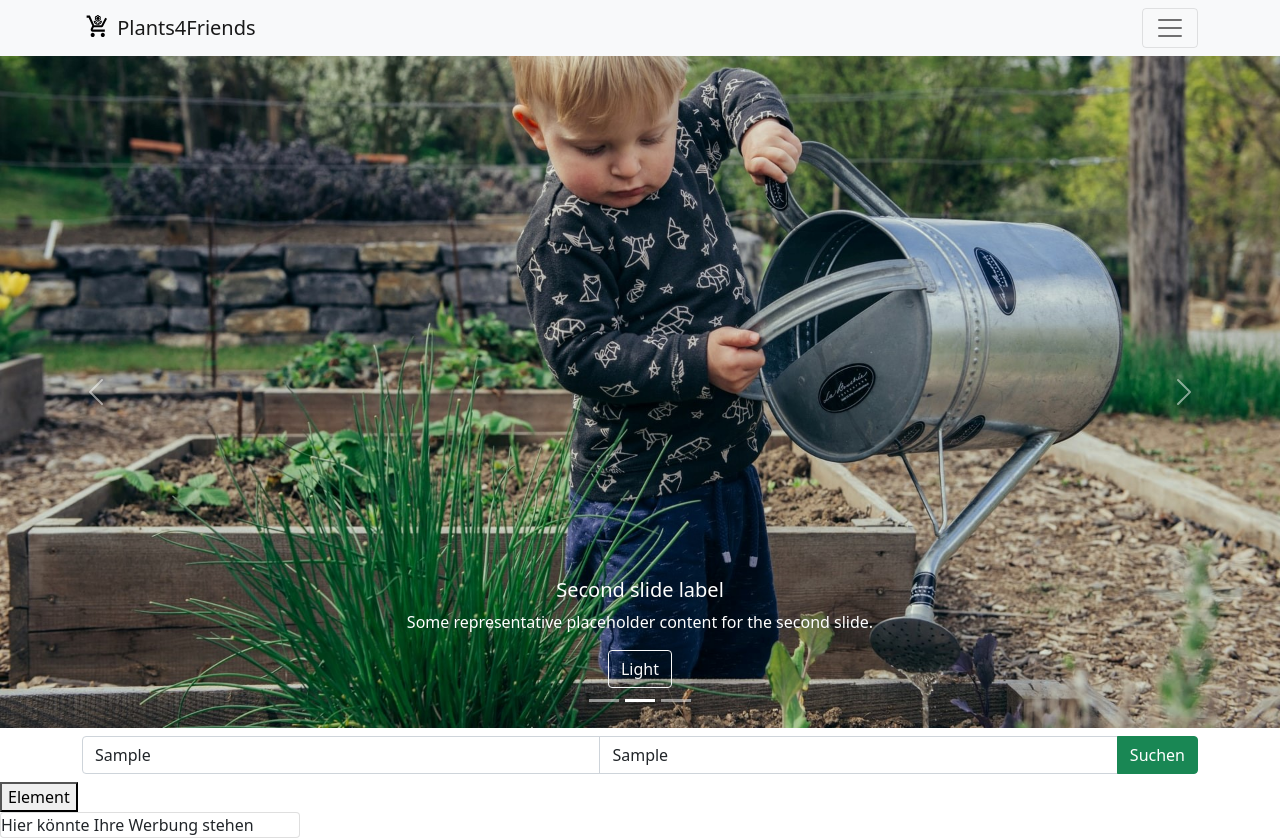
Repository: Carlson43/PlantsForFriends
Page: Website/index.html
An editor plug-in stored every save of this project. The page is shown before and after the next save, followed by the edit.
The browser window is 1280 px wide. The pictures show the whole page.
Empty fields were first filled with sample values (such as "Sample", 5 or name@example.com).
After loading, the first visible `button[onclick="addElement();"]` was clicked once.

Above is the page before, as saved 2022-01-03 21:51:13.

### Website/index.html
<!doctype html>
<html lang="en">
  <head>
      <!-- Required meta tags -->
      <meta charset="utf-8">
      <meta name="viewport" content="width=device-width, initial-scale=1">

      <!-- Referencing Backend -->
      <script src="https://code.jquery.com/jquery-3.6.0.js"> </script>
      <script src="./Backend.js"> </script>

      <!-- Bootstrap CSS -->
      <link href="https://cdn.jsdelivr.net/npm/bootstrap@5.1.3/dist/css/bootstrap.min.css" rel="stylesheet" integrity="sha384-1BmE4kWBq78iYhFldvKuhfTAU6auU8tT94WrHftjDbrCEXSU1oBoqyl2QvZ6jIW3" crossorigin="anonymous">

      <!-- Custom Carousel CSS -->
      <style>
        .img-responsive {
        max-width: 100%; /* or to whatever you want here */
        max-height: auto; /* or to whatever you want here */
      }
      </style>

    <title>Welcome @ Plants4Friends</title>
  </head>

  <body>
    <!-- Navbar -->
    <nav class="navbar navbar-light bg-light">
        <div class="container fluid">
            <!-- Navabr Logo and Brandname -->
            <a class="navbar-brand" href="#">
                <img src="./Design-Ressourcen/logo.svg" alt="" width="30" height="24" class="d-inline-block align-text-top">
                Plants4Friends
            </a>
            <!-- Toggler for Expandsion -->
            <button class="navbar-toggler" type="button" data-bs-toggle="collapse" data-bs-target="#navbarNav" aria-controls="navbarNav" aria-expanded="false" aria-label="Toggle navigation">
                <span class="navbar-toggler-icon"></span>
            </button>
            <!-- Navigation Links -->
            <div class="collapse navbar-collapse" id="navbarNav">
                <div class="navbar-nav">
                    <a class="nav-link active" aria-current="page" href="#">Home</a>
                    <a class="nav-link" href="./create.html">Anzeige erstellen</a>
                    <a class="nav-link" href="./map.html">Karte</a>
                    <a class="nav-link disabled">Disabled</a>
                </div>
            </div>
        </div>
    </nav>

    <!-- Carousel -->
    <div id="carouselExampleCaptions" class="carousel slide" data-bs-ride="carousel">
        <div class="carousel-indicators">
          <button type="button" data-bs-target="#carouselExampleCaptions" data-bs-slide-to="0" class="active" aria-current="true" aria-label="Slide 1"></button>
          <button type="button" data-bs-target="#carouselExampleCaptions" data-bs-slide-to="1" aria-label="Slide 2"></button>
          <button type="button" data-bs-target="#carouselExampleCaptions" data-bs-slide-to="2" aria-label="Slide 3"></button>
        </div>
        <div class="carousel-inner">
          <div class="carousel-item active">
            <img src="./Design-Ressourcen/Bilder/carousel02-cut.jpg" class="img-responsive" alt="...">
            <div class="carousel-caption d-none d-sm-block">
                <h5>First slide label</h5>
                <p>Some representative placeholder content for the first slide.</p>
                <button type="button" class="btn btn-primary">Primary</button>
            </div>
          </div>
          <div class="carousel-item">
            <img src="./Design-Ressourcen/Bilder/carousel03-cut.jpg" class="d-block w-100" alt="...">
            <div class="carousel-caption d-none d-sm-block">
                <h5>Second slide label</h5>
                <p>Some representative placeholder content for the second slide.</p>
                <button type="button" class="btn btn-outline-light">Light</button>
            </div>
          </div>
          <div class="carousel-item">
            <img src="./Design-Ressourcen/Bilder/carousel04-cut.jpg" class="d-block w-100" alt="...">
            <div class="carousel-caption d-none d-sm-block">
                <h5>Third slide label</h5>
                <p>Some representative placeholder content for the third slide.</p>
                <button type="button" class="btn btn-light">Light</button>
            </div>
          </div>
        </div>
        <button class="carousel-control-prev" type="button" data-bs-target="#carouselExampleCaptions" data-bs-slide="prev">
          <span class="carousel-control-prev-icon" aria-hidden="true"></span>
          <span class="visually-hidden">Previous</span>
        </button>
        <button class="carousel-control-next" type="button" data-bs-target="#carouselExampleCaptions" data-bs-slide="next">
          <span class="carousel-control-next-icon" aria-hidden="true"></span>
          <span class="visually-hidden">Next</span>
        </button>
    </div>

    <div>
      <h4></h4>
    </div>

    <!-- Input / Search Group -->
      <div class="container-md">
        <div class="input-group">
          <input type="text" placeholder="Suchbegriff eingeben" aria-label="search_term" id="search_term" class="form-control">
          <input type="text" placeholder="Ort" aria-label="search_loc" id="search_loc" class="form-control">
          <button onclick= "search_and_display();" class="btn btn-success" type="button" id="search_btn">Suchen</button>
        </div>
    </div>

    <div>
      <h1></h1>
    </div>

    <!-- Container Layout Demo -->
    <!-- <div class="container-md">
        <div class="row">
          <div class="col"> -->
                <!-- Card Anzeige -->
                <!-- <div class="card" style="width: 18rem;">
                    <img src="./Design-Ressourcen/Bilder/carrots.jpg" class="card-img-top" alt="...">
                    <div class="card-body">
                    <h5 class="card-title">Card title</h5>
                    <h6 class="card-subtitle mb-2 text-muted">Card subtitle</h6>
                    <ul class="list-group list-group-flush">
                      <li class="list-group-item">Adress</li>
                      <li class="list-group-item">Cost / Pricing</li>
                    </ul>
                    <p class="card-text">Some quick example text to build on the card title and make up the bulk of the card's content.</p>
                    <a href="#" class="btn btn-primary">Go somewhere</a>
                    </div>
                </div>
          </div>
          <div class="col"> -->
            <!-- Card Anzeige -->
            <!-- <div class="card" style="width: 18rem;">
                <img src="./Design-Ressourcen/Bilder/hand-saplings.jpg" class="card-img-top" alt="...">
                <div class="card-body">
                <h5 class="card-title" id="heading1">Card title</h5>
                <ul class="list-group list-group-flush">
                  <li class="list-group-item">Adress</li>
                  <li class="list-group-item">Cost / Pricing</li>
                </ul>
                <p class="card-text">Some quick example text to build on the card title and make up the bulk of the card's content.</p>
                <a href="#" class="btn btn-primary">Go somewhere</a>
                </div>
            </div>
          </div>
          <div class="col"> -->
            <!-- Card Anzeige -->
            <!-- <div class="card" style="width: 18rem;">
                <img src="./Design-Ressourcen/Bilder/mangold.jpg" class="card-img-top" alt="...">
                <div class="card-body">
                <h5 class="card-title">Card title</h5>
                <h6 class="card-subtitle mb-2 text-muted">Card subtitle</h6>
                <p class="card-text">Some quick example text to build on the card title and make up the bulk of the card's content.</p>
                <a href="#" class="btn btn-primary">Go somewhere</a>
                </div>
            </div>
          </div>
        </div>
    </div> -->

    <div>
      <button onclick="addElement();"> Element</button>
    </div>


    <!--Bootstrap JS-->
    <script src="https://cdn.jsdelivr.net/npm/bootstrap@5.1.3/dist/js/bootstrap.bundle.min.js" integrity="sha384-ka7Sk0Gln4gmtz2MlQnikT1wXgYsOg+OMhuP+IlRH9sENBO0LRn5q+8nbTov4+1p" crossorigin="anonymous"></script>

  </body>

<script>

</script>

</html>

### Website/Backend.js
function add()
{
    var jsonstring=  '{"Pflanze":"'+$("#jsonstring").val()+'"}';
    console.log("add"+ jsonstring);
    $.get("https://webtechlecture.appspot.com/cloudstore/add?owner=s201655&token=dMinmYeldeDsBbu0iiEIPGTPws0_&jsonstring="+encodeURI(jsonstring),function(response)
    {
    console.log(response);
    });
}

function listAllData()
{
    var jsonstring=$("#jsonstring").val();
    console.log("Hi!");
    $.get("https://webtechlecture.appspot.com/cloudstore/listobjects?owner=s201655&token=dMinmYeldeDsBbu0iiEIPGTPws0_",function(response)
    {
    console.log(response);
    });
}

function del()
{
    var jsonstring=$("#jsonstring").val();
    console.log("Del");
    $.get("https://webtechlecture.appspot.com/cloudstore/del?owner=s201655&token=dMinmYeldeDsBbu0iiEIPGTPws0_&key=1640178157404",function(response)
    {
    console.log(response);
    });
}

function addAll()
{

    var jsonstring=

    '{"Titel":"'+$("#Ad_heading").val()+'",'+
    '"Pflanzenart":"'+$("#Ad_species").val()+'",'+
    '"Beschreibung":"'+$("#Ad_description").val()+'",'+
    '"Email":"'+$("#Ad_email").val()+

    '"}';
    console.log("add"+ jsonstring);
    $.get("https://webtechlecture.appspot.com/cloudstore/add?owner=s201655&token=dMinmYeldeDsBbu0iiEIPGTPws0_&jsonstring="+encodeURI(jsonstring),function(response)
    {
    console.log(response);
    });
}

function spec()
{
    var specvar =
    $.get('https://webtechlecture.appspot.com/cloudstore/ ?owner=s201655&token=dMinmYeldeDsBbu0iiEIPGTPws0_&jsonstring={"Pflanzen":"Lillie"}',function(response)
    {
    console.log(response);
    });
}

function search()
{
    var nam = String($("#search_term").val())
    var dat = []
    var data = []
    $.get("https://webtechlecture.appspot.com/cloudstore/listobjects?owner=s201655&token=dMinmYeldeDsBbu0iiEIPGTPws0_",function(response)
    {
        for (var i = 0; i < response.length; i++)
        data.push(response[i]);

        for (var i = 0; i < data.length; i++)
        {
            if (data[i].jsonstring.Pflanze == nam)
            {
                // console.log(data[i].jsonstring);
                dat.push(data[i].jsonstring);
            }

            else if(data[i].jsonstring.Name == nam)
            {
                // console.log(data[i].jsonstring);
                dat.push(data[i].jsonstring);
            }

            else if(data[i].jsonstring.Nachname == nam)
            {
                // console.log(data[i].jsonstring);
                dat.push(data[i].jsonstring);
            }

            else if(data[i].jsonstring.Straße == nam)
            {
                // console.log(data[i].jsonstring);
                dat.push(data[i].jsonstring);
            }
            else if(data[i].jsonstring.Titel == nam)
            {
                // console.log(data[i].jsonstring);
                dat.push(data[i].jsonstring);
            }
        };
    });
};

function search_and_display()
{
    var nam = String($("#search_term").val())
    var dat = []
    var data = []
    $.get("https://webtechlecture.appspot.com/cloudstore/listobjects?owner=s201655&token=dMinmYeldeDsBbu0iiEIPGTPws0_",function(response)
    {
        for (var i = 0; i < response.length; i++)
        data.push(response[i]);

        for (var i = 0; i < data.length; i++)
        {
            if (data[i].jsonstring.Pflanzenart == nam
                ||data[i].jsonstring.Email == nam
                ||data[i].jsonstring.Beschreibung == nam
                ||data[i].jsonstring.Titel == nam)
            {
                dat.push(data[i].jsonstring);
                var heading1 = document.getElementById("heading1");
                heading1.firstChild.nodeValue = dat[0].Titel;

            }

        };
    });
}

function addElement(){

    var btn = document.createElement("div");
    btn.setAttribute("id", "Test11");
    btn.className = 'card';
    btn.innerHTML = "CLICK ME";
    document.body.appendChild(btn);
    document.getElementById("Test11").style.width = "300px";
    document.getElementById("Test11").style.length = "300px";
    document.getElementById("Test11").src= "./Design-Ressourcen/Bilder/hand-saplings.jpg";

    var heading1 = document.getElementById("Test11");
    heading1.firstChild.nodeValue = "Hallo";
    var heading2 = document.getElementById("Test11");
    heading2.firstChild.nodeValue = "Hier könnte Ihre Werbung stehen";

}

After the next save:
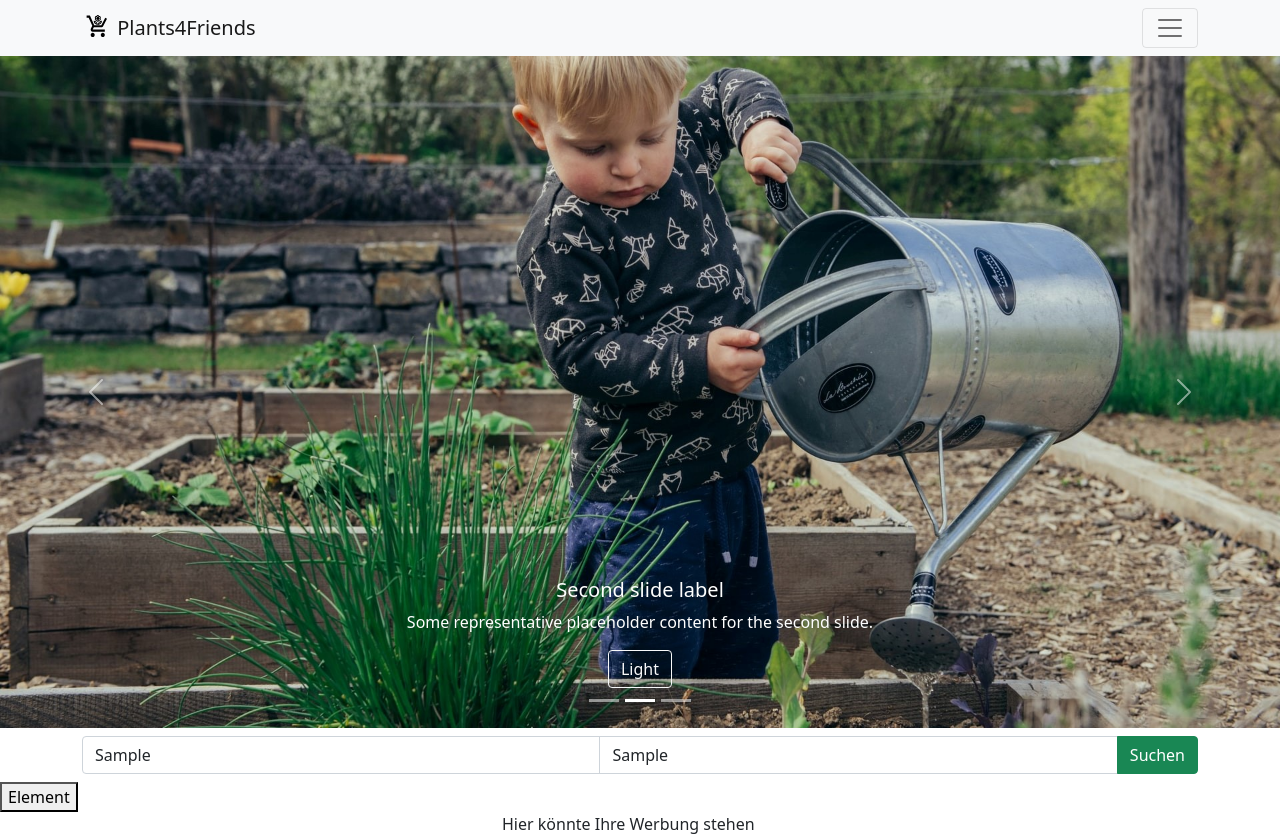
Saved 39 s later.
--- a/Website/Backend.js
+++ b/Website/Backend.js
@@ -130,7 +130,7 @@ function addElement(){
 
     var btn = document.createElement("div");
     btn.setAttribute("id", "Test11");
-    btn.className = 'card';
+    btn.className = 'container-md';
     btn.innerHTML = "CLICK ME";
     document.body.appendChild(btn);
     document.getElementById("Test11").style.width = "300px";
